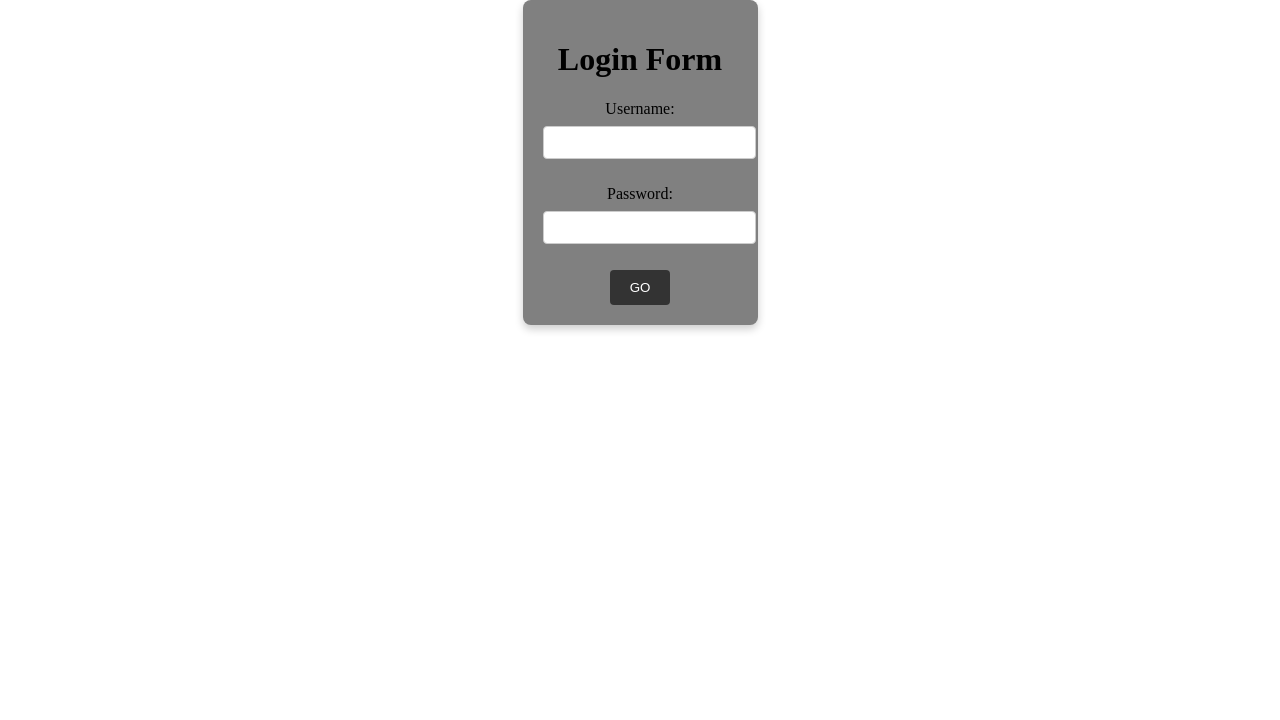
Repository: VIJAYkollu-7568/rakhi
Page: jsp/src/main/webapp/login.html
An editor plug-in stored every save of this project. The page is shown before and after the next save, followed by the edit.
The browser window is 1280 px wide. The pictures show the whole page.

Above is the page before, as saved 2024-11-07 09:07:33.

After the next save:
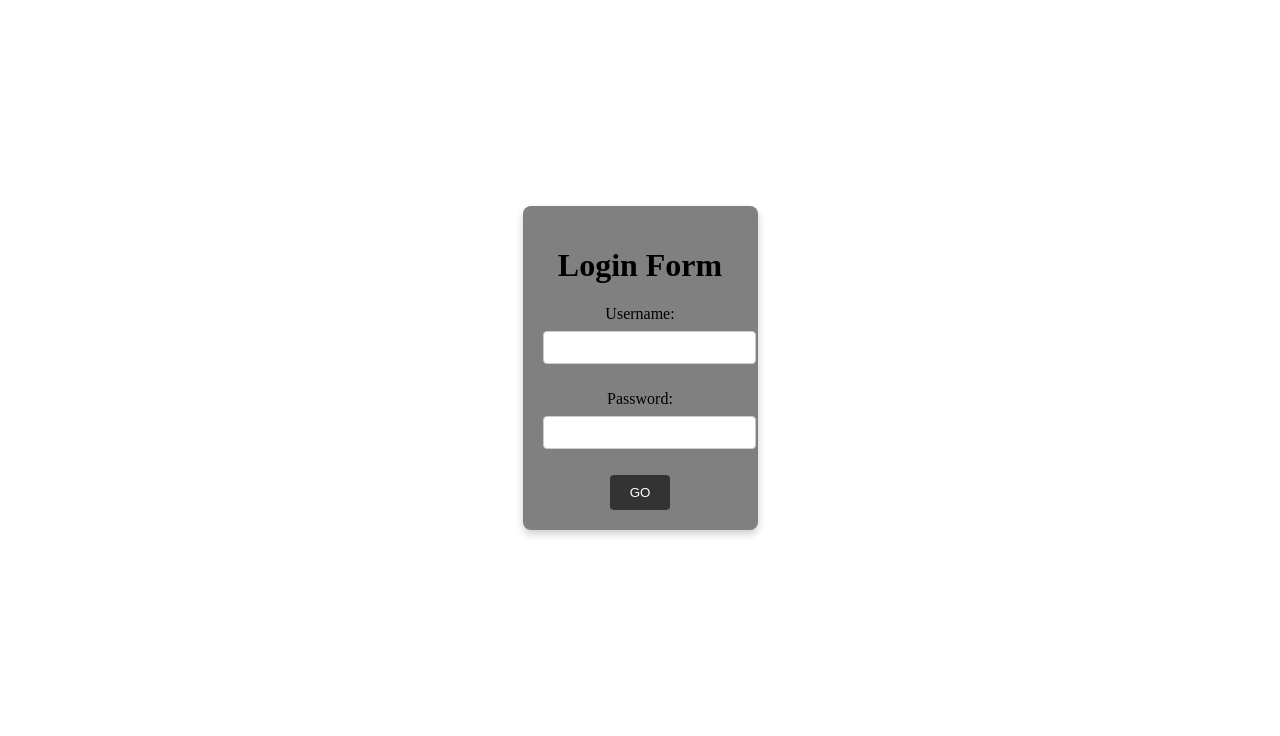
Saved 7 s later.
--- a/jsp/src/main/webapp/login.html
+++ b/jsp/src/main/webapp/login.html
@@ -9,8 +9,8 @@
             display: flex;
             align-items: center;
             justify-content: center;
+            min-height: 100vh;
 
-            margin: 0;
 
         }
         form {
